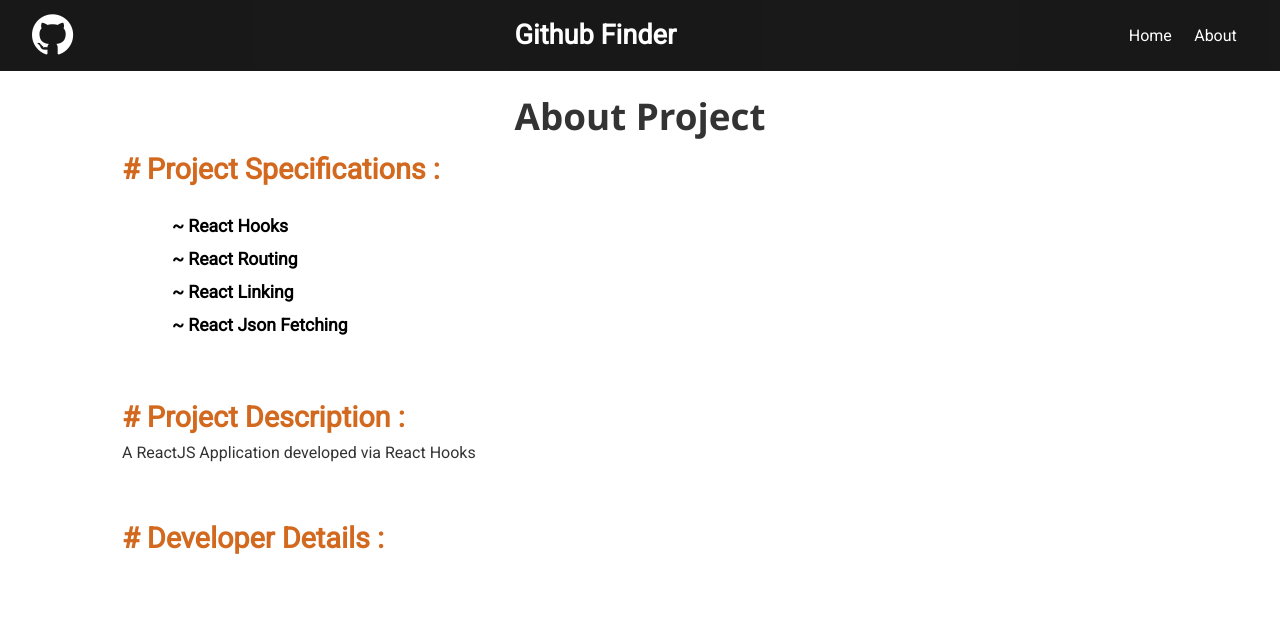
Repository: hemantsaini-7/ReactHooks-GitHub-Clone
Page: /about
These files come from the project's save history. The page is drawn as it stood at one moment and after the next save; the edit follows.
The browser window is 1280 px wide. The pictures show the whole page.
The project was rebuilt for these pictures with package versions that can differ from the ones it lists, and the page was loaded fresh each time. Also part of the build but not shown: src/components/users/UserItem.js, src/components/layout/Spinner.js, src/components/users/Users.js, src/components/repos/RepoItem.js, src/components/repos/Repos.js, src/components/users/User.js, src/components/users/Search.js, src/components/layout/Alert.js.

Above is the page before, as saved 2020-08-06 10:18:55.

After the next save:
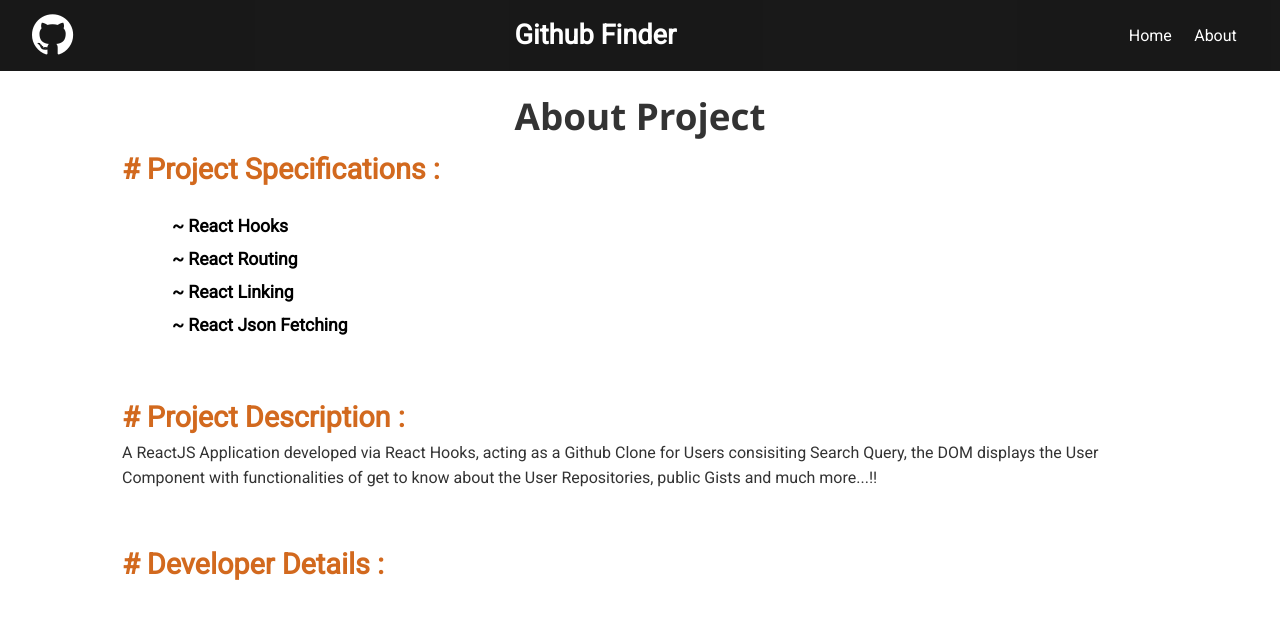
Saved 2 min 49 s later.
--- a/src/components/pages/About.js
+++ b/src/components/pages/About.js
@@ -16,7 +16,10 @@
       <div className='content-div'>
         <h1 className='content-head'># Project Description :</h1>
         <p className='content-para'>
-          A ReactJS Application developed via React Hooks
+          A ReactJS Application developed via React Hooks, acting as a Github
+          Clone for Users consisiting Search Query, the DOM displays the User
+          Component with functionalities of get to know about the User
+          Repositories, public Gists and much more...!!
         </p>
       </div>
       <div className='content-div'>
